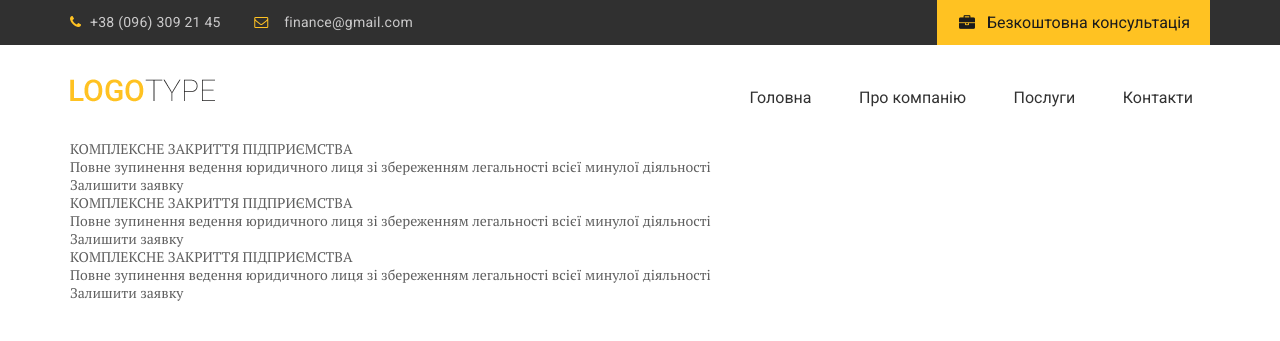
Repository: oliachipko/companysait
Page: index.html
These files come from the project's save history. The page is drawn as it stood at one moment and after the next save; the edit follows.
The browser window is 1280 px wide. The pictures show the whole page.

Above is the page before, as saved 2020-11-17 01:26:17.

After the next save:
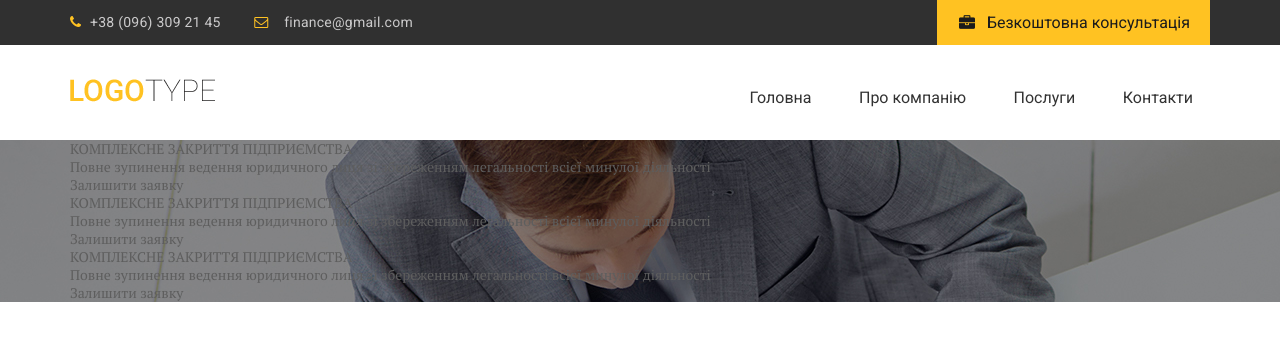
Saved 18 s later.
--- a/css/style.css
+++ b/css/style.css
@@ -111,5 +111,6 @@ header {
     display: none;"
 }
 .slider{
-    background-image: url(../);
+    background-image: url(../img/slider-fon.jpg);
+
 }
